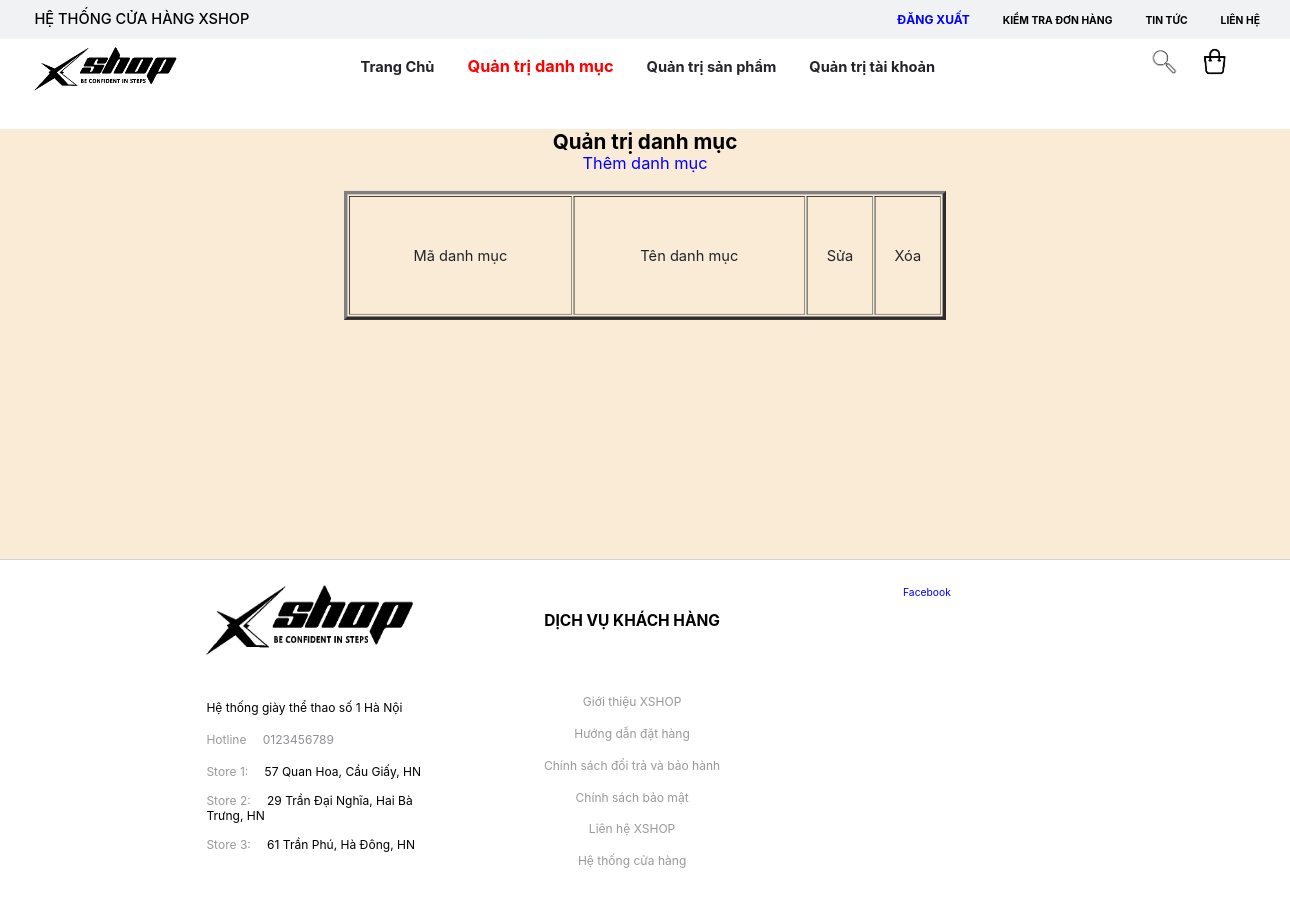
Repository: tienaq123/dam
Page: http://localhost/ass/ad/quantridanhmuc.php
An editor plug-in stored every save of this project. The page is shown before and after the next save, followed by the edit.
The browser window is 1280 px wide. The page is 1500 px wide, so the pictures cover 1500 px, including what lies to the right of the window. The pictures show the whole page, at 86% of full size.
The page is run by PHP 8.4 with error messages shown; the project is at /var/www/html/. Queries for data that is not in the repository find no rows.

Above is the page before, as saved 2021-10-21 05:25:46.

### ad/quantridanhmuc.php
<!DOCTYPE html>
<html lang="en">

<head>
    <meta charset="UTF-8">
    <meta http-equiv="X-UA-Compatible" content="IE=edge">
    <meta name="viewport" content="width=device-width, initial-scale=1.0">
    <title>Quản trị danh mục</title>
    <link rel="stylesheet" href="../css/qtdm.css">
</head>

<body>
    <div id="wapper">

        <div id="topbar">
            <a href="#">
                <h2> HỆ THỐNG CỬA HÀNG XSHOP</h2>
            </a>
            <ul>
            <li><a class="active" style="color:blue; font-size: 14px;" href="../logout.php">ĐĂNG XUẤT</a></li>
                <li><a href="product.php">KIỂM TRA ĐƠN HÀNG</a></li>
                <li><a href="product.php">TIN TỨC</a></li>
                <li><a href="product.php">LIÊN HỆ</a></li>
            </ul>
        </div>
        <header id="header">
            <div id="logo">
                <a href="http://localhost/ass/"> <img src="../img/logo.png" alt="Logo"></a>
            </div>
            <div class="menu">
                <ul>
                    <li><a href="../home.php">Trang Chủ</a></li>
                    <li><a href="quantridanhmuc.php" style="color: red; font-size: 19px;">Quản trị danh mục</a></li>
                    <li><a href="quantrisanpham.php">Quản trị sản phẩm</a></li>
                    <li><a href="quantritaikhoan.php">Quản trị tài khoản</a></li>
                    <div id="nav">
                        <a href="product.php"> <img src="../img/search.png" alt=""></a>
                        <a href="product.php"><img src="../img/giohang.png" alt=""></a>
                    </div>
                </ul>

            </div>

        </header>

        <!-- END HEADER -->

        <main>
            <h1 >Quản trị danh mục</h1>
            <a href="themdanhmuc.php" class="themdanhmuc">Thêm danh mục</a>
            <table border="4" style="text-align: center;">
                <tr style="font-size: 17px; color:#23232c;">
                    <td>Mã danh mục</td>
                    <td>Tên danh mục</td>
                    <td>Sửa</td>
                    <td>Xóa</td>
                </tr>
                <?php
                include '../db.php';
                $sql = "select * from danhmuc";
                $kq = $conn->query($sql);
                foreach ($kq as $key => $rows) {
                ?>
                    <tr>
                        <td><?php echo $rows['id_danhmuc'] ?></td>
                        <td><?php echo $rows['tendanhmuc'] ?></td>
                        <td class="suaxoa"><a href="suadanhmuc.php?masua=<?php echo $rows['id_danhmuc'] ?>">Sửa</a></td>
                        <td class="suaxoa"><a onclick="return confirm('Bạn có muốn xóa không!')" href="xoadanhmuc.php?maxoa=<?php echo $rows['id_danhmuc'] ?>">Xóa</a></td>
                    </tr>
                <?php }
                ?>
            </table>
        </main>

        <!-- END MAIN -->

        <footer id="footer">
            <div id="logo_footer">
                <a href="#"><img src="../img/logo.png" alt=""></a>
                <p>Hệ thống giày thể thao số 1 Hà Nội</p>
                <p class="hotline"><span>Hotline</span> <a href="#">0123456789</a></p>
                <p><span>Store 1:</span> 57 Quan Hoa, Cầu Giấy, HN <br> <br> <span>Store 2:</span> 29 Trần Đại Nghĩa,
                    Hai Bà Trưng, HN <br> <br><span>Store 3:</span> 61
                    Trần Phú, Hà Đông, HN <br> <br> </p>
            </div>
            <div id="dichvu">
                <h2>DỊCH VỤ KHÁCH HÀNG</h2>
                <p><a href="#">Giới thiệu XSHOP</a> <br> </p>
                <p><a href="#">Hướng dẫn đặt hàng</a> <br> </p>
                <p><a href="#">Chính sách đổi trả và bảo hành</a> <br> </p>
                <p><a href="#">Chính sách bảo mật</a> <br> </p>
                <p><a href="#">Liên hệ XSHOP</a> <br> </p>
                <p><a href="#">Hệ thống cửa hàng</a></p>
            </div>

            <div id="facebook">
                <div id="fb-root"></div>
                <script async defer crossorigin="anonymous" src="https://connect.facebook.net/vi_VN/sdk.js#xfbml=1&version=v10.0&appId=256623368880552&autoLogAppEvents=1" nonce="aj8H3wq8"></script>
                <div class="fb-page" data-href="https://www.facebook.com/facebook" data-tabs="timeline" data-width="250" data-height="300" data-small-header="false" data-adapt-container-width="true" data-hide-cover="false" data-show-facepile="true">
                    <blockquote cite="https://www.facebook.com/facebook" class="fb-xfbml-parse-ignore"><a href="https://www.facebook.com/facebook">Facebook</a></blockquote>
                </div>
            </div>
        </footer>
    </div>
</body>

</html>

### db.php
<?php
    try {
        $conn=new PDO("mysql:host=localhost; dbname=dam;charset=utf8", "root", "");
    } catch (PDOException $e) {
        echo "Lỗi kết nối";
    }

### css/qtdm.css
* {
    margin: 0;
    padding: 0;
}

body {
    font-family: -apple-system, BlinkMacSystemFont, 'Segoe UI', Roboto, Oxygen, Ubuntu, Cantarell, 'Open Sans', 'Helvetica Neue', sans-serif;
    font-size: 12px;
}

a {
    text-decoration: none;
    color: blue;
    list-style: none;
}



img {
    border: 0px;
}

header,
nav,
section,
aside,
article,
footer,
figure {
    display: block;
}

/* code page */

#wapper {
    width: 1500px;
    margin: auto;
    ;
    overflow: hidden;
}

#topbar {
    width: 1500px;
    height: 45px;
    background-color: #f1f2f4;
    float: left;
}

#topbar h2 {
    font-size: 17px;
    font-weight: 500;
    line-height: 45px;
    margin-left: 40px;
    color: #000;
    float: left;
}

#topbar ul {
    float: right;
}

#topbar ul li {
    display: inline-block;
    line-height: 45px;
    margin-right: 35px;
}

#topbar ul li a {
    color: #000;
    font-weight: bolder;
}

#topbar ul li a:hover {
    color: #775454;
}

#topbar ul li .active {
    color: cornflowerblue;
    font-size: 14px;
}

#header {
    width: 100%;
    height: 100px;
    background-color: #ffffff;
    padding: 10px 0 40px 0;
}

#header #logo img {
    float: left;
    width: 165px;
    height: 50px;
    color: #000;
    margin: 10px 0 0 40px;
}

#header .menu ul {
    text-align: center;
    margin-right: 50px;
    line-height: 66px;
}

#header .menu ul li {
    display: inline-block;
    margin-right: 35px;
}

#header .menu ul li a {
    font-size: 17px;
    font-weight: bold;
    color: #23232c;
}

#header .menu ul li a:hover {
    color: red;
}

#nav {
    float: right;
    line-height: 80px;
}

#nav img {
    width: 35px;
    height: 35px;
    margin-right: 20px;
}

main {
    text-align: center;
    min-height: 500px;
    background: antiquewhite;
}

main table {
    width: 700px;
    height: 150px;
    margin-left: 400px;
    margin-top: 20px;
}


main>a {
    font-size: 19px;
    margin-top: 20px;
}

#footer {
    width: 1500px;
    border-top: 1px solid #ccc;
    display: grid;
    grid-template-columns: 1fr 1fr 1fr;
}

#footer #logo_footer {
    float: left;
}

#footer #logo_footer img {
    width: 240px;
    height: 80px;
    margin: 30px 0 30px 240px;
}

#footer #logo_footer a {
    color: #909097;
}

#footer #logo_footer span {
    color: #999999;
    margin-right: 15px;
}

#footer #logo_footer p {
    font-size: 14px;
    margin: 20px 0 20px 240px;
}

#footer #dichvu {
    text-align: center;
    margin: 60px 30px 40px 0;
}

#footer #dichvu h2 {
    margin-bottom: 75px;
}

#footer #dichvu p {
    margin-bottom: 20px;
}

#footer #dichvu p a {
    font-size: 14px;
    color: #999999;
}

#footer #facebook {
    margin: 30px 0 0 50px;
}

After the next save:
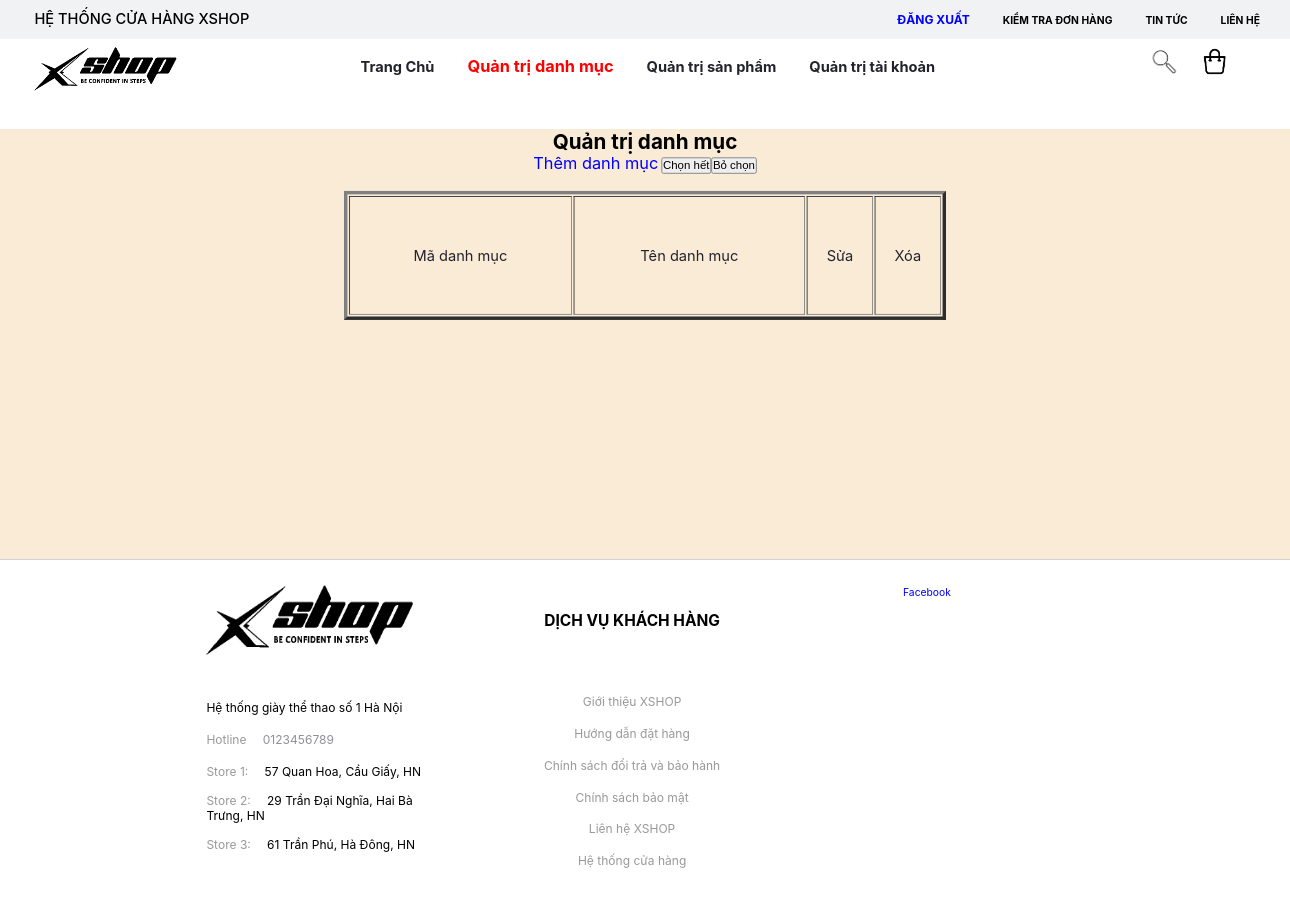
Saved 4 min 20 s later.
--- a/ad/quantridanhmuc.php
+++ b/ad/quantridanhmuc.php
@@ -17,7 +17,7 @@
                 <h2> HỆ THỐNG CỬA HÀNG XSHOP</h2>
             </a>
             <ul>
-            <li><a class="active" style="color:blue; font-size: 14px;" href="../logout.php">ĐĂNG XUẤT</a></li>
+                <li><a class="active" style="color:blue; font-size: 14px;" href="../logout.php">ĐĂNG XUẤT</a></li>
                 <li><a href="product.php">KIỂM TRA ĐƠN HÀNG</a></li>
                 <li><a href="product.php">TIN TỨC</a></li>
                 <li><a href="product.php">LIÊN HỆ</a></li>
@@ -46,7 +46,7 @@
         <!-- END HEADER -->
 
         <main>
-            <h1 >Quản trị danh mục</h1>
+            <h1>Quản trị danh mục</h1>
             <a href="themdanhmuc.php" class="themdanhmuc">Thêm danh mục</a>
             <table border="4" style="text-align: center;">
                 <tr style="font-size: 17px; color:#23232c;">
@@ -62,6 +62,7 @@
                 foreach ($kq as $key => $rows) {
                 ?>
                     <tr>
+                        <td><input type='checkbox' name='name[]' id='check_all' value='' /></td>
                         <td><?php echo $rows['id_danhmuc'] ?></td>
                         <td><?php echo $rows['tendanhmuc'] ?></td>
                         <td class="suaxoa"><a href="suadanhmuc.php?masua=<?php echo $rows['id_danhmuc'] ?>">Sửa</a></td>
@@ -69,6 +70,31 @@
                     </tr>
                 <?php }
                 ?>
+                <input type="button" id="btn1" value="Chọn hết" />
+                <input type="button" id="btn2" value="Bỏ chọn" />
+                <script language="javascript">
+                    // Chức năng chọn hết
+                    document.getElementById("btn1").onclick = function() {
+                        // Lấy danh sách checkbox
+                        var checkboxes = document.getElementsByName('name[]');
+
+                        // Lặp và thiết lập checked
+                        for (var i = 0; i < checkboxes.length; i++) {
+                            checkboxes[i].checked = true;
+                        }
+                    };
+
+                    // Chức năng bỏ chọn hết
+                    document.getElementById("btn2").onclick = function() {
+                        // Lấy danh sách checkbox
+                        var checkboxes = document.getElementsByName('name[]');
+
+                        // Lặp và thiết lập Uncheck
+                        for (var i = 0; i < checkboxes.length; i++) {
+                            checkboxes[i].checked = false;
+                        }
+                    };
+                </script>
             </table>
         </main>
 
